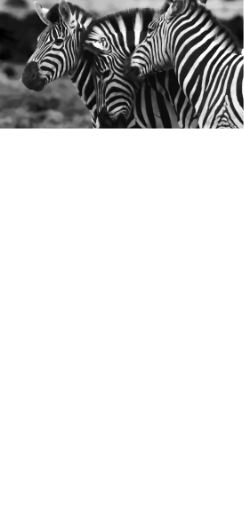
Repository: BrightonMboya/ggv-landingPage
Page: /
An editor plug-in stored every save of this project. The page is shown before and after the next save, followed by the edit.
The browser window is 375 px wide. The pictures show the whole page, at 65% of full size.
An inner scrolling area shows only its first screen. The project was rebuilt for these pictures with package versions that can differ from the ones it lists, and the page was loaded fresh each time. The framework's server and built-in components were replaced by stand-ins that run in the browser. Also part of the build but not shown: next.config.js.

Above is the page before, as saved 2022-06-13 19:32:39.

### pages/index.js
import React from "react";
import styles from "../styles/Home.module.css";
import HomePage from "./HomePage";
import AboutUs from "./AboutUs";
import Contactus from "./Contactus";

// const index = () => {
//   return (
//     <React.Fragment>
//       <div className={`${styles.global} ${styles.container}`}>
//         <section className={`${styles.section}`}>
//           <HomePage />
//         </section>
//         <section className={`${styles.section}`}>
//           <AboutUs />
//         </section>
//         <section className={`${styles.section} ${styles.three}`}>
//           <Contactus />
//         </section>
//       </div>
//     </React.Fragment>
//   );
// };

const index = () => {
  return (
    <React.Fragment>
      <div className={styles.global}>
        <div className={styles.container}>
          <section className={styles.section}>
            <HomePage />
          </section>
          <section className={styles.section}>
            <AboutUs />
          </section>
          <section className={styles.section}>
            <Contactus />
          </section>
        </div>
      </div>
    </React.Fragment>
  );
};

export default index;

### styles/Home.module.css
.global {
  margin: 0;
  padding: 0;
  box-sizing: border-box;
  font-family: sans-serif;
  /* border: 2px solid yellow; */
}
.section {
  height: 100vh;
  display: flex;
  justify-content: center;
  align-items: center;
  scroll-snap-align: start;
}

.container {
  scroll-snap-type: y mandatory;
  overflow-y: scroll;
  height: 100vh;
  /* border: 2px solid red; */
}

.bgWrap {
  /* position: fixed; */
  /* height: 100vh; */
  min-height: 80vh;
  width: 100vw;
  overflow: hidden;
  z-index: -1;
  background-size: cover;
  -webkit-background-size: cover;
  -moz-background-size: cover;
  -moz-background-size: cover;
  background: center no-repeat;
}

.bg {
  max-width: 100%;
}

@media and (max-width: 480px) {
}

### pages/HomePage.js
import React from "react";
import styles from "../styles/Home.module.css";
import Image from "next/image";

const HomePage = () => {
  return (
    <div style={{ height: "100vh", width: "100%" }}>
      <div className={`${styles.bgWrap} ${styles.bg}`}>
        <Image
          src="/home.jpg"
          layout="responsive"
          width={900}
          height={475}
          objectFit="cover"
          quality={100}
        />
      </div>
      <p className="text-white text-3xl">
        Image Component
        <br />
        as a Background
      </p>
    </div>
  );
};

export default HomePage;

### pages/AboutUs.js
import Image from "next/image";
import styles from "../styles/Home.module.css";
// import home from "./assets/home.jpg";

const AboutUs = () => {
  return (
    <div style={{ height: "100vh", width: "100%", display: "block" }}>
      <div className={styles.bgWrap}>
        <Image
          src="/about.jpg"
          layout="responsive"
          // objectFit="cover"
          quality={100}
          width={700}
          height={475}
        />
      </div>
      <p className="text-white text-3xl">
        Image Component
        <br />
        as a Background
      </p>
    </div>
  );
};

export default AboutUs;

### pages/Contactus.js
import React from "react";
import Image from "next/image";
import styles from "../styles/Home.module.css";

const Contactus = () => {
  return (
    <div style={{ height: "100vh", width: "100%", display: "block" }}>
      <div className={styles.bgWrap}>
        <Image
          src="/contact.jpg"
          layout="responsive"
          objectFit="cover"
          quality={100}
          width={700}
          height={475}
        />
      </div>
      <p className="text-white text-3xl">
        Image Component
        <br />
        as a Background
      </p>
    </div>
  );
};

export default Contactus;

### tailwind.config.js
module.exports = {
  content: [
    "./pages/**/*.{js,ts,jsx,tsx}",
    "./components/**/*.{js,ts,jsx,tsx}"
  ],
  theme: {
    extend: {
      colors: {
        black: "#000107",
        slate: "#E3F1EF"
      }
    }
  },
  plugins: []
};

Loaded but not shown: pages/_app.js (common file); styles/globals.css (common file)

After the next save:
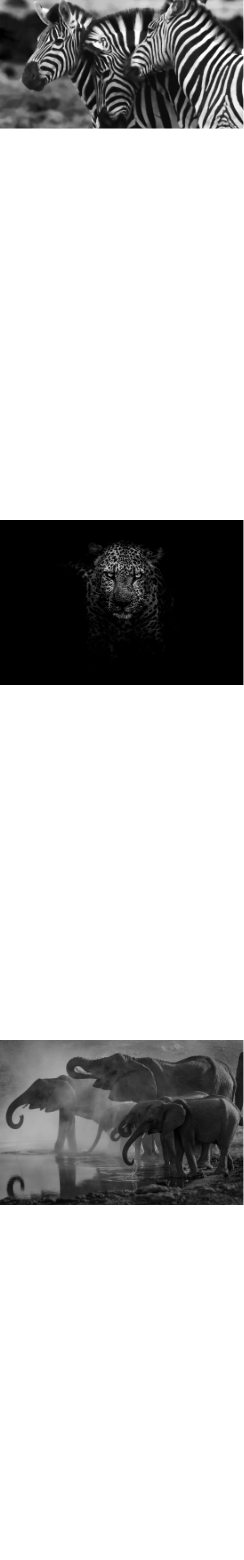
Saved 37 s later.
--- a/styles/Home.module.css
+++ b/styles/Home.module.css
@@ -6,7 +6,7 @@
   /* border: 2px solid yellow; */
 }
 .section {
-  height: 100vh;
+  /* height: 100vh; */
   display: flex;
   justify-content: center;
   align-items: center;
@@ -16,14 +16,14 @@
 .container {
   scroll-snap-type: y mandatory;
   overflow-y: scroll;
-  height: 100vh;
+  /* height: 100vh; */
   /* border: 2px solid red; */
 }
 
 .bgWrap {
   /* position: fixed; */
   /* height: 100vh; */
-  min-height: 80vh;
+  /* min-height: 80vh; */
   width: 100vw;
   overflow: hidden;
   z-index: -1;
@@ -38,5 +38,5 @@
   max-width: 100%;
 }
 
-@media and (max-width: 480px) {
-}
+/* @media and (max-width: 480px) {
+} */
